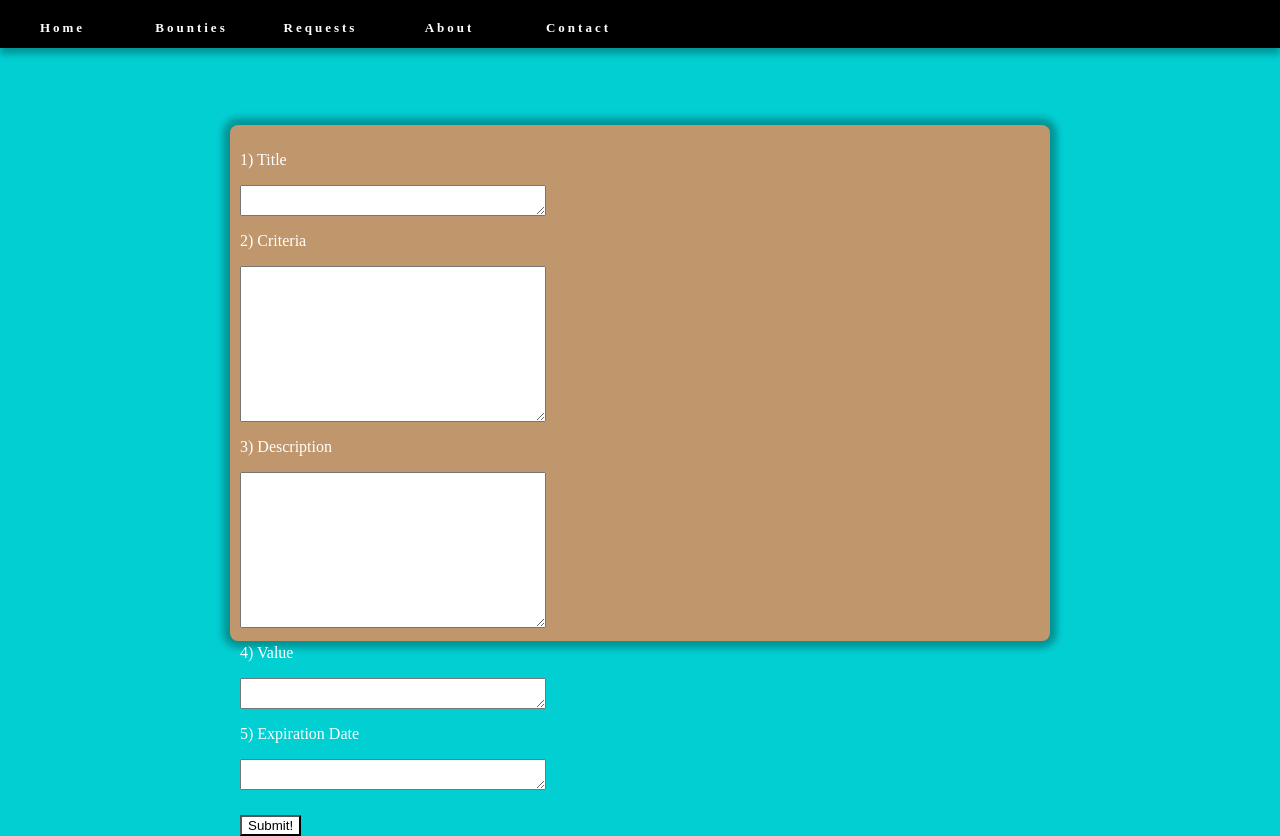
Repository: mailog/Tomorrow
Page: http://localhost/requests
These files come from the project's save history. The page is drawn as it stood at one moment and after the next save; the edit follows.
The browser window is 1280 px wide. The pictures show the whole page.
The page is this project's Thymeleaf template; nobody is signed in. The template is opened directly, without the code that normally fills it, so the values that code supplies are empty.

Above is the page before, as saved 2017-07-27 23:30:19.

After the next save:
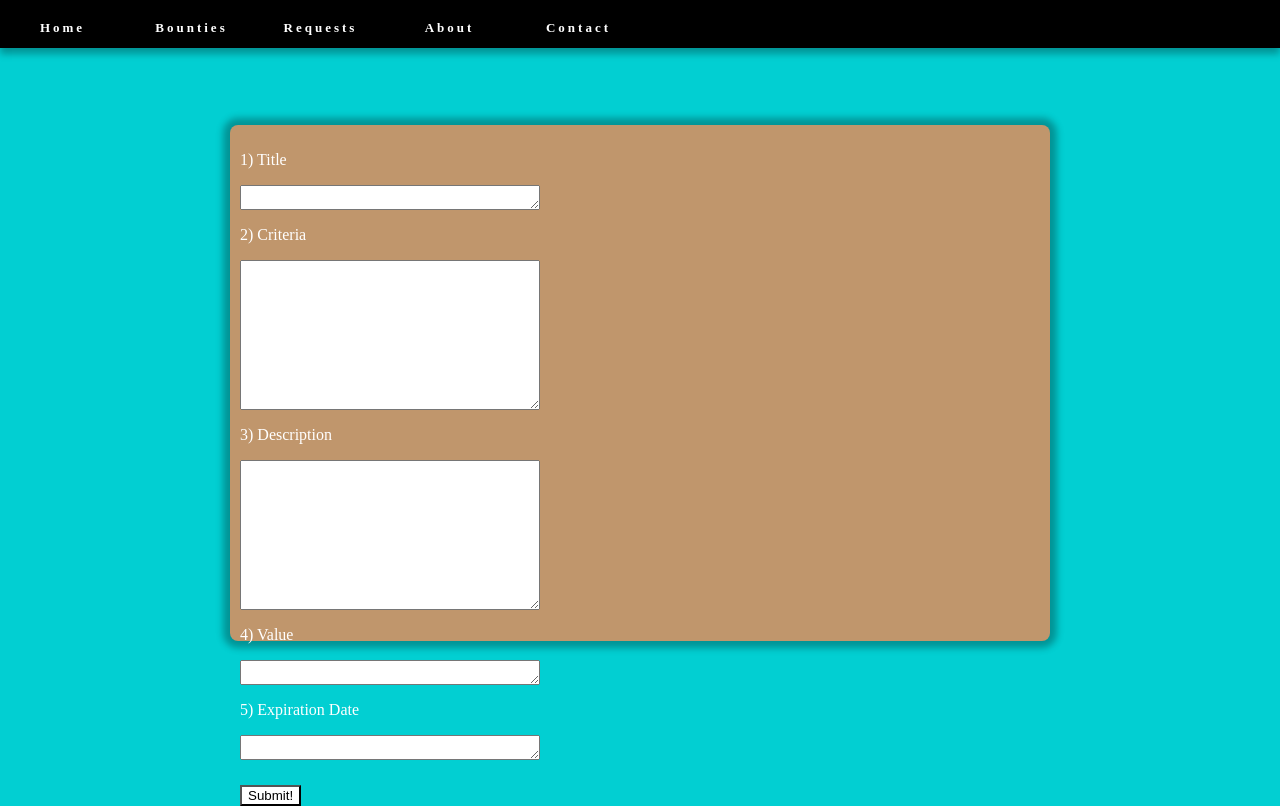
Saved 4 s later.
--- a/Tomorrow/src/main/resources/templates/requests.html
+++ b/Tomorrow/src/main/resources/templates/requests.html
@@ -1,5 +1,4 @@
-<!DOCTYPE html>
-<html>
+<html xmlns:th="http://www.thymeleaf.org">
 <head>
 <title>Requests</title>
 <link rel="stylesheet" type="text/css" href="/css/toolbar.css" />
